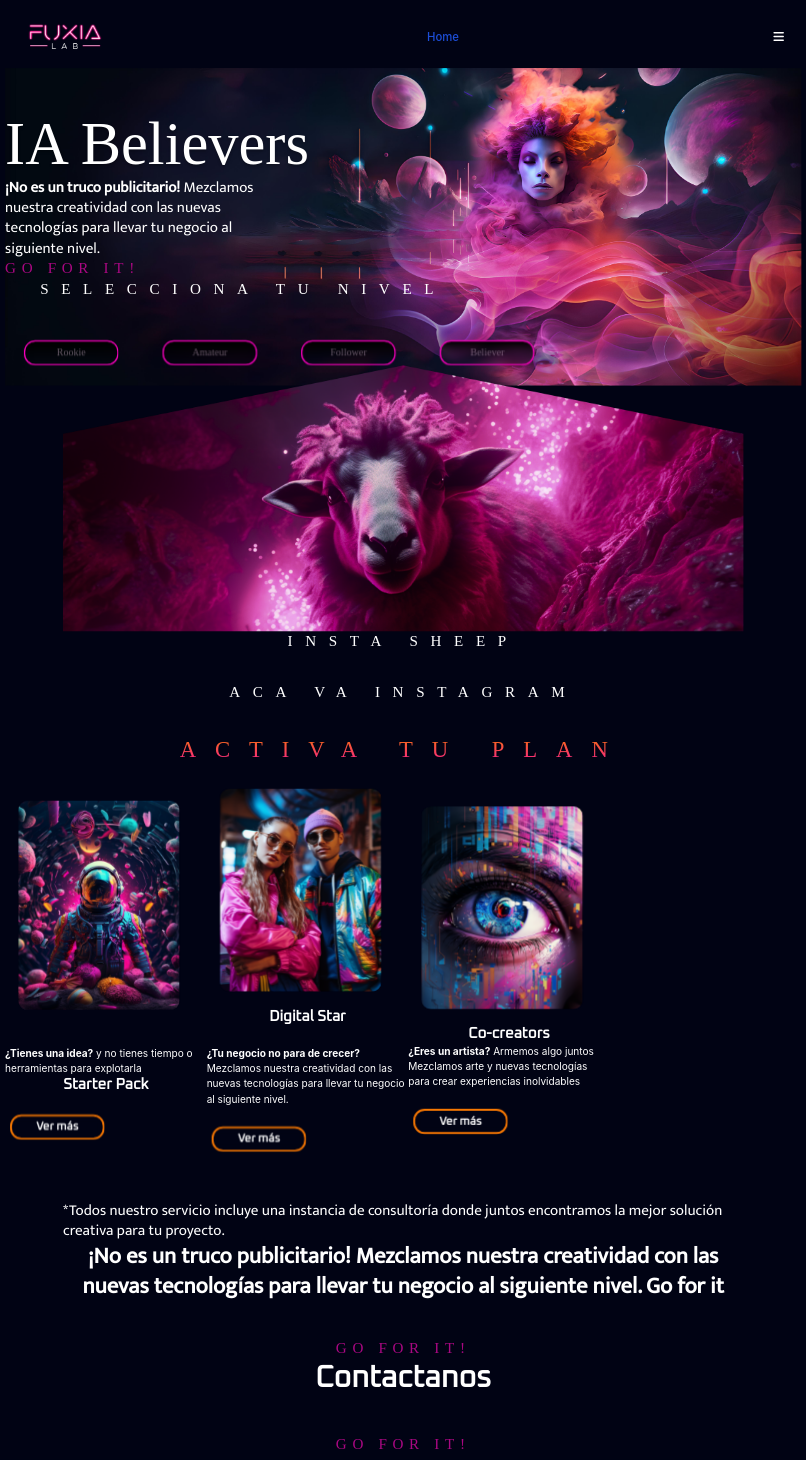
Repository: itsomosedison/tailwind-landing-page
Page: index.html
The author's editor kept a copy of each file at every save. The page is drawn from the files as they stood at one save, then again after the next save.
The browser window is 1280 px wide. The pictures show the whole page, at 63% of full size.
Some web fonts or font styles are not loaded; a fallback is used.

Above is the page before, as saved 2023-09-30 20:14:13.

### index.html
<!DOCTYPE html>
 <html lang="en" class="">
<head>
    <meta charset="UTF-8">
    <meta http-equiv="X-UA-Compatible" content="IE=edge">
    <meta name="viewport" content="width=device-width, initial-scale=1.0">
    <title>Fuxia Lab</title>
    <meta name="description" content="Creamos contenido para tu negocio. FOTOS - VIDEOS - PACKS DE IMAGENES. Tenemos packs de contenido hechos a tu medida.">
    <link href="./output.css" rel="stylesheet">
</head>
<body>
    <header>
        <nav class="fuxiaNavBar px-4 lg:px-6 py-2.5 dark:bg-gray-800">
            <div class="flex flex-wrap justify-between items-center mx-auto max-w-screen-xl">
                <a href="https://fuxialab.com" class="flex items-center">
                    <img src="recursos/LogoFuxiaHorizontal.png" class="logo mr-3 h-6 sm:h-9" alt="FuxiaLab Logo" />
                </a>
                <div class="flex items-center lg:order-2">
                        <span class="sr-only">Abrir menu principal</span>
                        <svg class="w-6 h-6" fill="currentColor" viewBox="0 0 20 20" xmlns="http://www.w3.org/2000/svg"><path fill-rule="evenodd" d="M3 5a1 1 0 011-1h12a1 1 0 110 2H4a1 1 0 01-1-1zM3 10a1 1 0 011-1h12a1 1 0 110 2H4a1 1 0 01-1-1zM3 15a1 1 0 011-1h12a1 1 0 110 2H4a1 1 0 01-1-1z" clip-rule="evenodd"></path></svg>
                        <svg class="hidden w-6 h-6" fill="currentColor" viewBox="0 0 20 20" xmlns="http://www.w3.org/2000/svg"><path fill-rule="evenodd" d="M4.293 4.293a1 1 0 011.414 0L10 8.586l4.293-4.293a1 1 0 111.414 1.414L11.414 10l4.293 4.293a1 1 0 01-1.414 1.414L10 11.414l-4.293 4.293a1 1 0 01-1.414-1.414L8.586 10 4.293 5.707a1 1 0 010-1.414z" clip-rule="evenodd"></path></svg>
                    </button>
                </div>
                <div class="hidden justify-between items-center w-full lg:flex lg:w-auto lg:order-1" id="mobile-menu-2">
                    <ul class="flex flex-col mt-4 font-medium lg:flex-row lg:space-x-8 lg:mt-0">
                        <li>
                            <a href="#" class="block py-2 pr-4 pl-3 text-white rounded bg-primary-700 lg:bg-transparent lg:text-primary-700 lg:p-0 dark:text-white" aria-current="page">Home</a>
                        </li>

                    </ul>
                </div>
            </div>
        </nav>
    </header>

    <div class="hero containerFuxiaHero">
        <div class="flex-col"  style="max-width:  1080px;align-items: center;">
            <h1 class="FuxiaH1">IA Believers</h1>

            <div class="flex-row" style="max-width: 400px;">
                <h2 class="FuxiaH2"> <b>¡No es un truco publicitario!</b> Mezclamos nuestra creatividad con las nuevas tecnologías para llevar tu negocio al siguiente nivel.</h2>
                <p class="FuxiaSpecialText">GO FOR IT!</p>
            </div>
            <div class="flex-row" style="text-align: center;width:70%">
                <p class="WhiteSpecialText" style="text-align: center;">SELECCIONA TU NIVEL</p>
            </div>
            <div class="flex-col">
                    <button class="FuxiaButton">Rookie</button>
                    <button class="FuxiaButton">Amateur</button>
                    <button class="FuxiaButton">Follower</button>
                    <button class="FuxiaButton">Believer</button>
            </div>
        </div>
    </div>

    <div class="containerFuxia flex-col" style="max-width:  1080px;align-items: center;margin-top: -32px;">
        <img src="recursos/sheepHero2.png" alt="Imagen de la oveja" style="width:1920px;" />
        <p class="WhiteSpecialText" style="text-align: center;">INSTA SHEEP</p>
        <p class="WhiteSpecialText" style="text-align: center;">ACA VA INSTAGRAM</p>
    </div>

    <div class="containerFuxia flex-col" style="max-width:  1080px;align-items: center;">
        <p class="GradienteSpecialText" style="text-align: center;">ACTIVA TU PLAN</p>
    </div>

    <div class="containerFuxiaCards flex-row" style="max-width:  1080px;align-items: center;">
                <div class="cardContainer">
                    <a href="https://api.whatsapp.com/send/?phone=5401138519899&text=Hola%21+vi+tu+anuncio+en+la+web+y+estoy+interesado+en+un+Starter+Pack" target="_blank" class="fuxiaCard">
                        <img class="cardImg" src="recursos/start.png" alt="Imagen de la oveja" />
                    </a>
                    <p class="mt-8"><b>¿Tienes una idea?</b> y no tienes tiempo o herramientas para explotarla</p>
                    <h1 class="cardH1">Starter Pack</h1>
                    <br>
                    <button class="gradientButton">Ver más</button>
                </div>

                <div class="cardContainer">
                    <a href="https://api.whatsapp.com/send/?phone=5401138519899&text=Hola%21+vi+tu+anuncio+en+la+web+y+estoy+interesado+en+ser+un+Digital+Star" target="_blank" class="fuxiaCard">
                        <img class="cardImg" src="recursos/star.png" alt="Imagen de la oveja" />

                    </a>
                    <h1 class="cardH1">Digital Star</h1>
                    <p class="mt-8"> <b>¿Tu negocio no para de crecer?</b> Mezclamos nuestra creatividad con las nuevas tecnologías para llevar tu negocio al siguiente nivel.</p>
                    <br>
                    <button class="gradientButton">Ver más</button>
                </div>


                <div class="cardContainer">
                    <a href="https://api.whatsapp.com/send/?phone=5401138519899&text=Hola%21+vi+tu+anuncio+en+la+web+y+estoy+interesado+en+co+crear+un+proyecto+jun" target="_blank" class="fuxiaCard">
                        <img class="cardImg" src="recursos/cocrea.png" alt="Imagen de la oveja" />
                    </a>
                    <h1 class="cardH1">Co-creators</h1>
                    <p class=""><b>¿Eres un artista?</b> Armemos algo juntos</p> Mezclamos arte y nuevas tecnologías para crear experiencias inolvidables</p>
                    <br>
                    <button class="gradientButton">Ver más</button>
                </div>
            </div>
            </div>
        </section>
    </div>

        <div class="containerFuxia flex-row" style="max-width:  1080px;align-items: center;">
                    <p class="FuxiaH2">*Todos nuestro servicio incluye una instancia de consultoría donde juntos encontramos la mejor solución creativa para tu proyecto.</p>
        </div>

        <div class="containerFuxia flex-row" style="max-width:  1080px;align-items: center;">

                <p class="quoteText">¡No es un truco publicitario! Mezclamos nuestra creatividad con las nuevas tecnologías para llevar tu negocio al siguiente nivel. Go for it</p>
                <p class="FuxiaSpecialText" style="margin-top:60px">GO FOR IT!</p>
        </div>

        <div class="containerFuxia flex-row" style="max-width:  1080px;align-items: center;">
                <p class="contactenosH1">Contactanos</p>
                <p class="FuxiaSpecialText" style="margin-top:60px">GO FOR IT!</p>
        </div>

</body>
</html>

Loaded but not shown: output.css (2747 lines, source omitted)

After the next save:
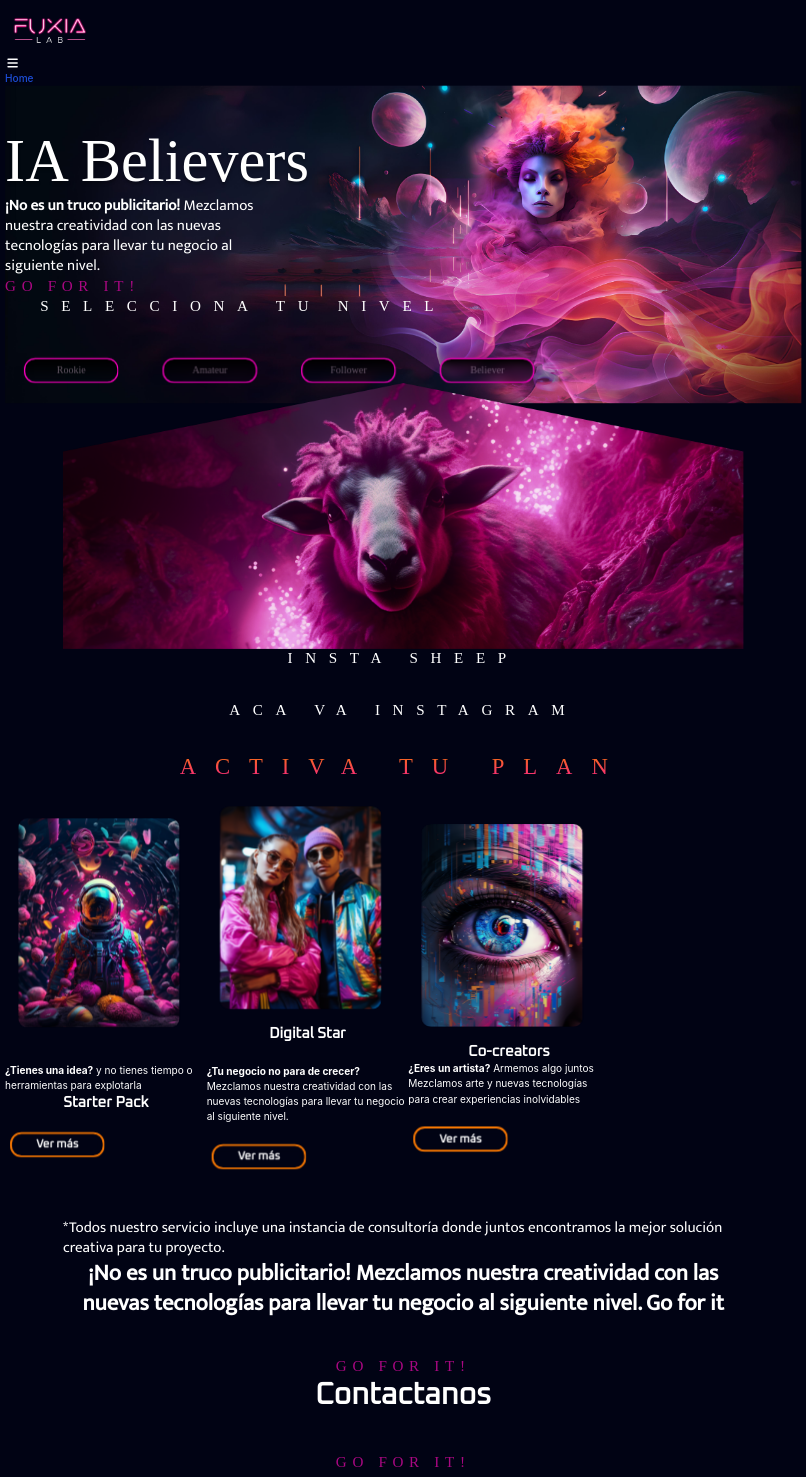
Saved 18 s later.
--- a/index.html
+++ b/index.html
@@ -10,7 +10,7 @@
 </head>
 <body>
     <header>
-        <nav class="fuxiaNavBar px-4 lg:px-6 py-2.5 dark:bg-gray-800">
+        <nav class="fuxiaNavBar>
             <div class="flex flex-wrap justify-between items-center mx-auto max-w-screen-xl">
                 <a href="https://fuxialab.com" class="flex items-center">
                     <img src="recursos/LogoFuxiaHorizontal.png" class="logo mr-3 h-6 sm:h-9" alt="FuxiaLab Logo" />
